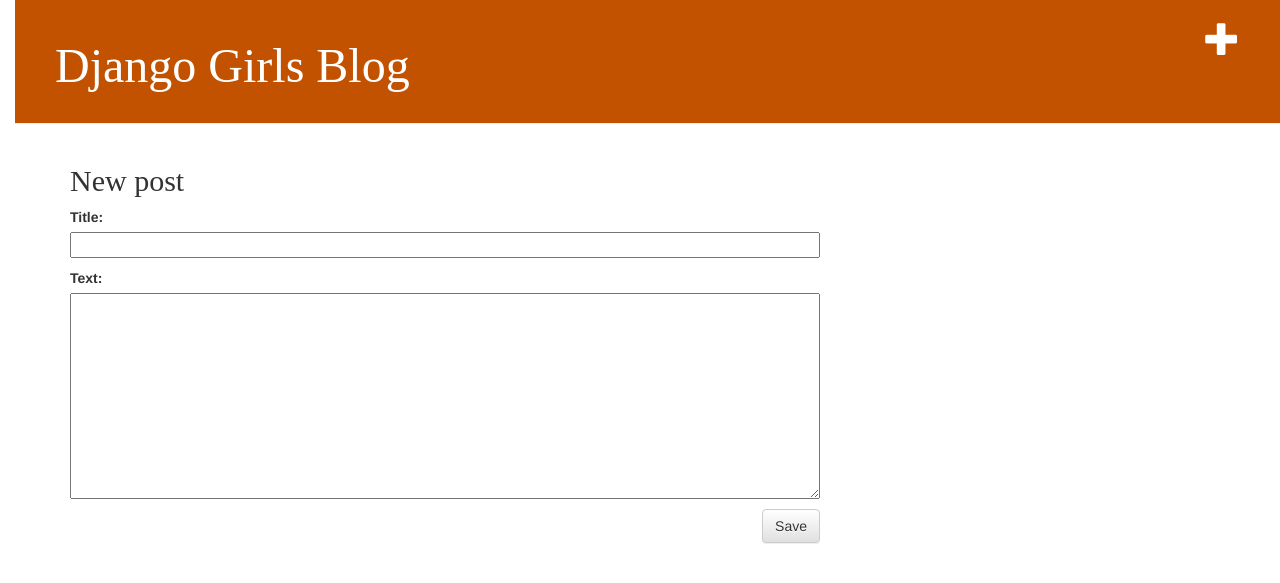
Repository: yoku-094/practice_python
Page: http://localhost/post/new/
The author's editor kept a copy of each file at every save. The page is drawn from the files as they stood at one save, then again after the next save.
The browser window is 1280 px wide. The pictures show the whole page.
Some web fonts or font styles are not loaded; a fallback is used. Some web libraries are served in a nearby version. The page is served by the project's application, run on Django 3.2 (manage.py).

Above is the page before, as saved 2022-08-30 14:23:14.

After the next save:
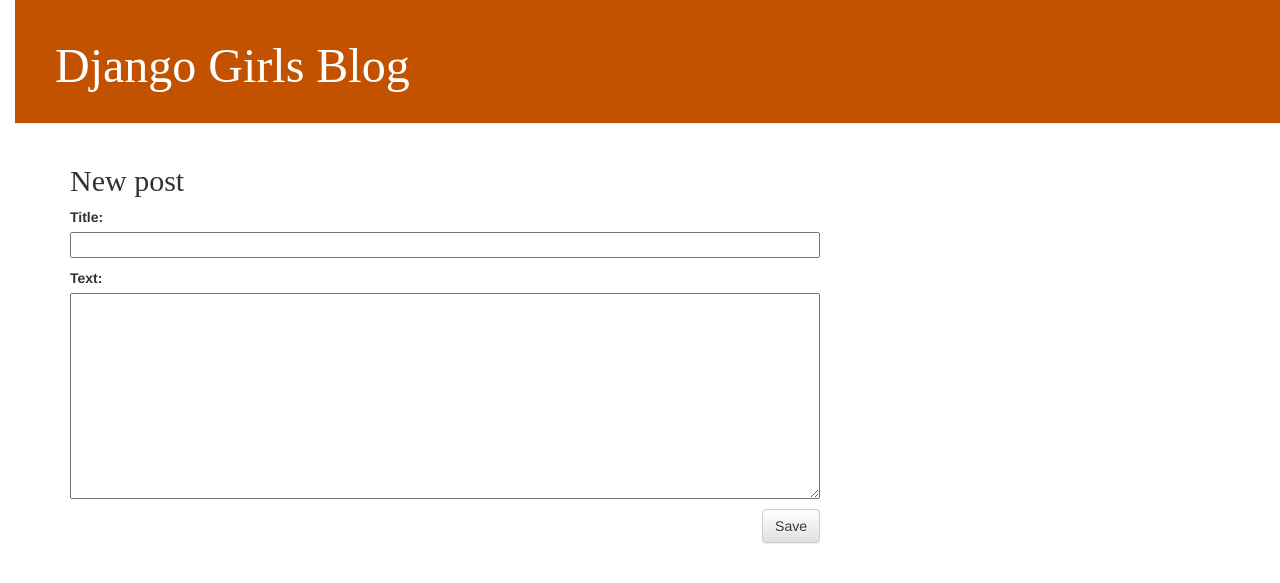
Saved 95 s later.
--- a/blog/templates/blog/base.html
+++ b/blog/templates/blog/base.html
@@ -19,9 +19,11 @@
   </head>
   <body>
     <div class="page-header">
+      {% if user.is_authenticated %}
       <a href="{% url 'post_new' %}" class="top-menu"
         ><span class="glyphicon glyphicon-plus"></span
       ></a>
+      {% endif %}
       <h1><a href="/">Django Girls Blog</a></h1>
     </div>
     <div class="content container">
